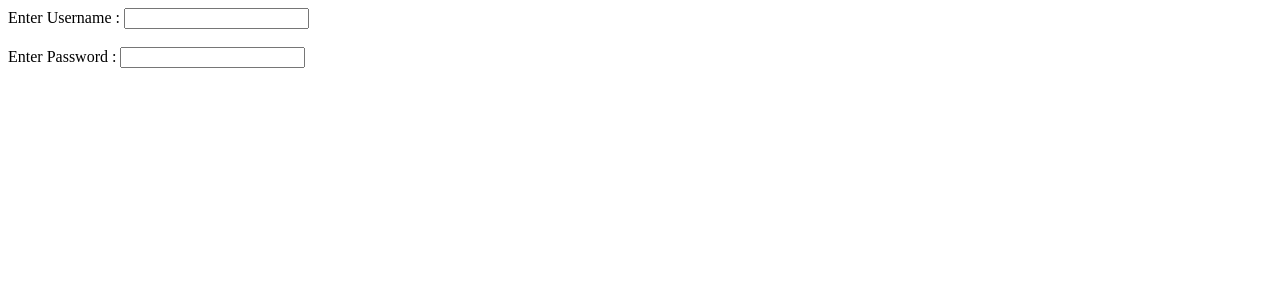
Repository: Tejas-2408/Login-Application
Page: http://localhost/Login/login.jsp
The author's editor kept a copy of each file at every save. The page is drawn from the files as they stood at one save, then again after the next save.
The browser window is 1280 px wide. The pictures show the whole page.
The page is served by Tomcat 9. Other server files are loaded and not shown.

Above is the page before, as saved 2022-07-06 06:24:18.

### Login/src/main/webapp/login.jsp
<%@ page language="java" contentType="text/html; charset=ISO-8859-1"
    pageEncoding="ISO-8859-1"%>
<!DOCTYPE html>
<html>
<head>
<meta charset="ISO-8859-1">
<title>Login</title>
</head>
<body>
<form action="LoginServlet" method="post">

Enter Username : <input type="text" name="uname"  /><br><br>
Enter Password : <input type="password" name="upassword"  /><br><br>

</form>
</body>
</html>

After the next save:
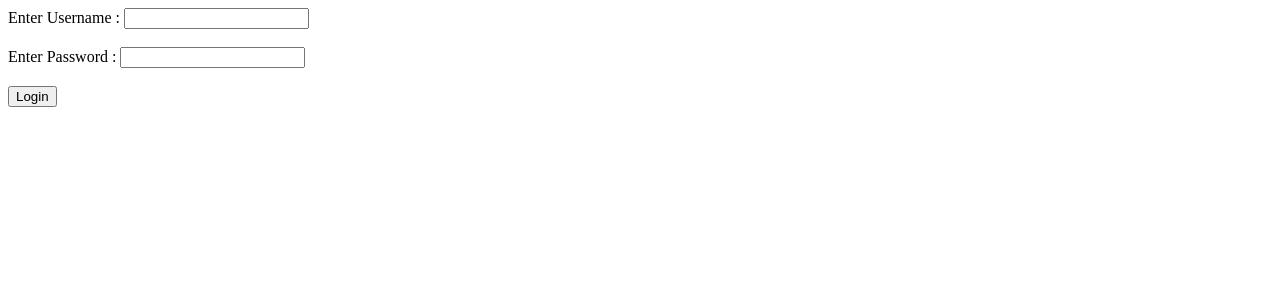
Saved 36 s later.
--- a/Login/src/main/webapp/login.jsp
+++ b/Login/src/main/webapp/login.jsp
@@ -11,7 +11,7 @@
 
 Enter Username : <input type="text" name="uname"  /><br><br>
 Enter Password : <input type="password" name="upassword"  /><br><br>
-
+<input type="submit" value="Login"/>
 </form>
 </body>
 </html>
